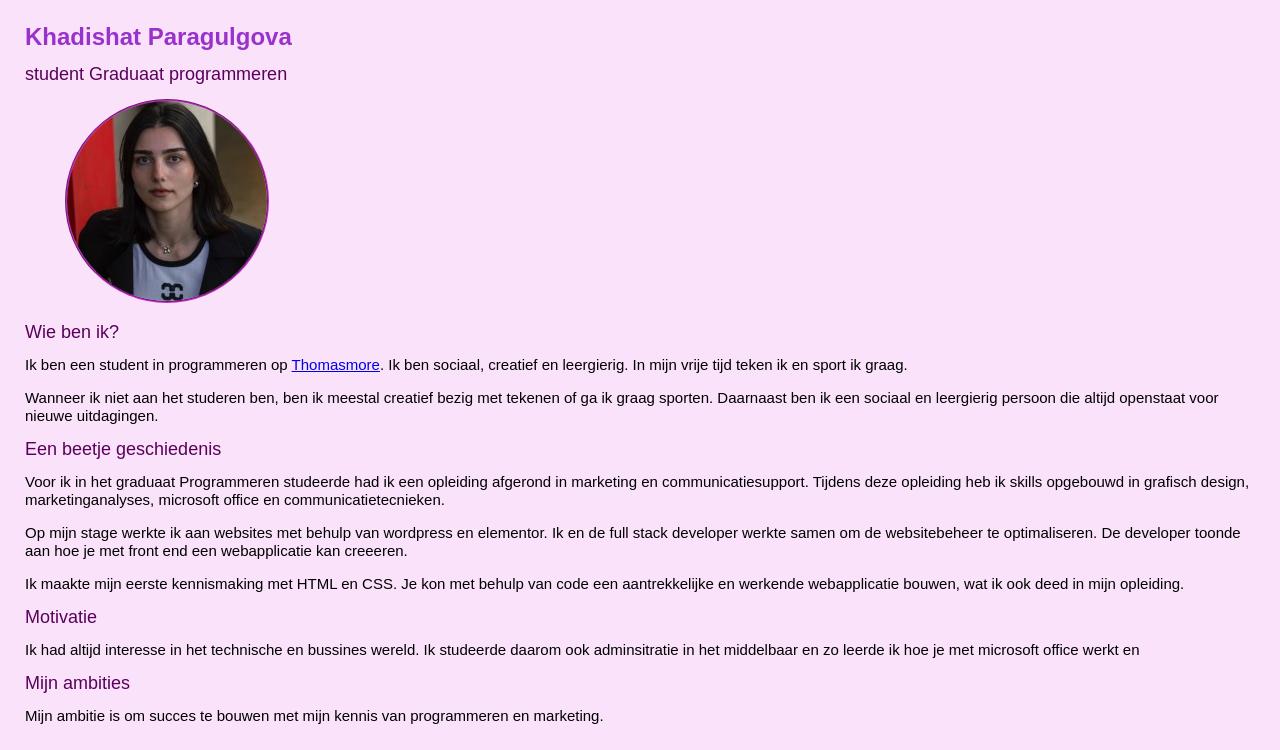
Repository: khadishat00/portfolio
Page: index.html
An editor plug-in stored every save of this project. The page is shown before and after the next save, followed by the edit.
The browser window is 1280 px wide. The pictures show the whole page.

Above is the page before, as saved 2026-09-24 16:26:18.

After the next save:
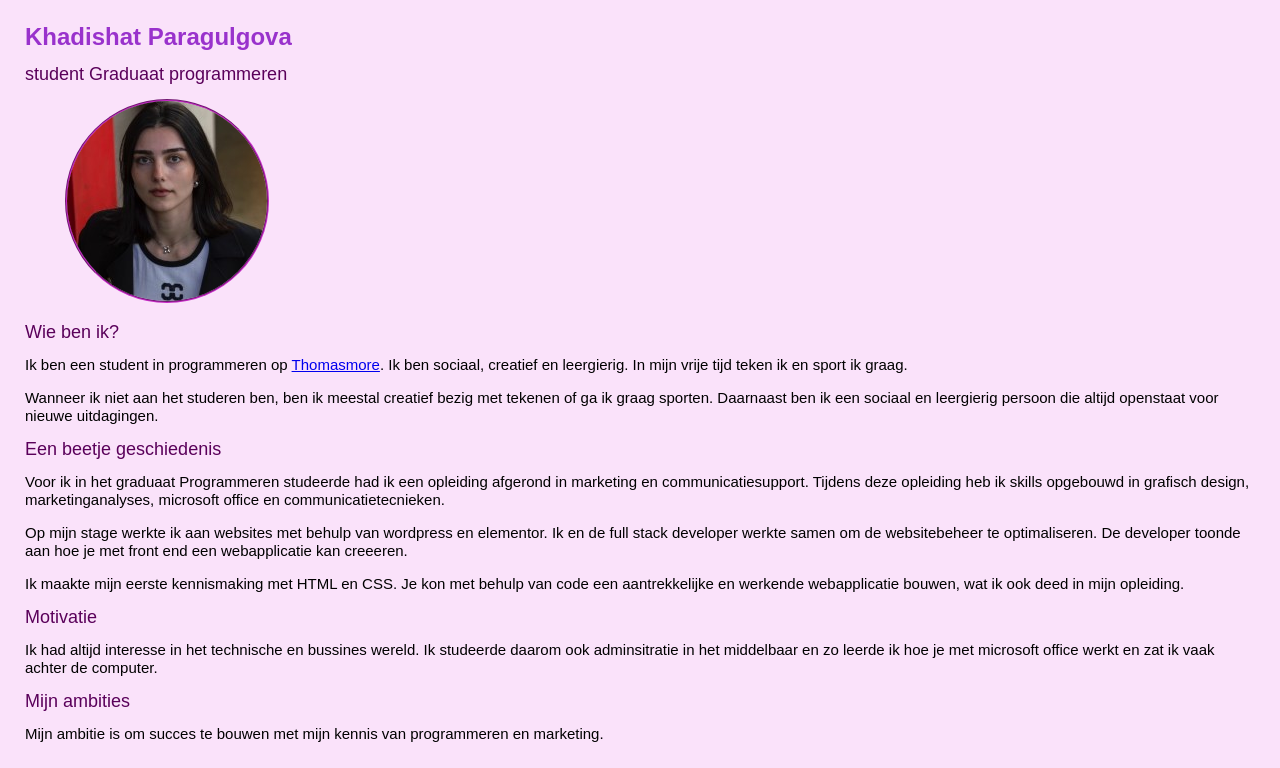
Saved 14 s later.
--- a/index.html
+++ b/index.html
@@ -92,7 +92,7 @@
 
       <h2>Motivatie</h2>
       <p>
-        Ik had altijd interesse in het technische en bussines wereld. Ik studeerde daarom ook adminsitratie in het middelbaar en zo leerde ik hoe je met microsoft office werkt en
+        Ik had altijd interesse in het technische en bussines wereld. Ik studeerde daarom ook adminsitratie in het middelbaar en zo leerde ik hoe je met microsoft office werkt en zat ik vaak achter de computer.
       </p>
 
 
